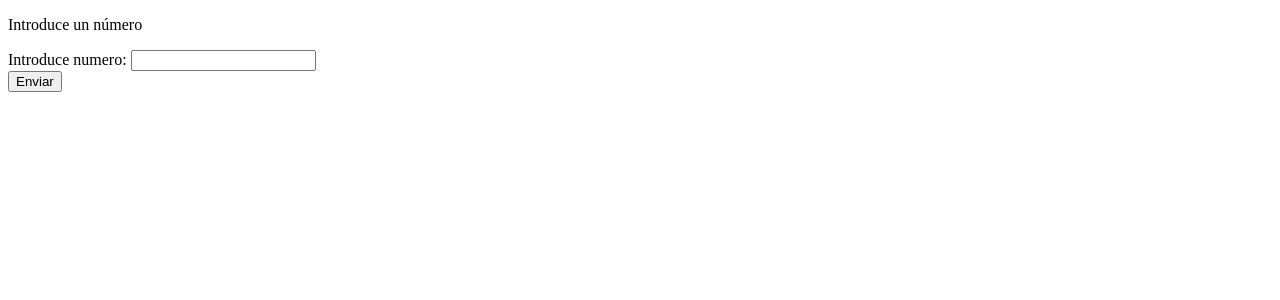
Repository: scgil/master-java
Page: Semana2/02_PrimerosEjemplos/src/main/webapp/formulario2.html
The author's editor kept a copy of each file at every save. The page is drawn from the files as they stood at one save, then again after the next save.
The browser window is 1280 px wide. The pictures show the whole page.

Above is the page before, as saved 2024-12-13 11:40:21.

### Semana2/02_PrimerosEjemplos/src/main/webapp/formulario2.html
<!DOCTYPE html>
<html>
<head>
<meta charset="UTF-8">
<title>Insert title here</title>
</head>
<body>
<p>Introduce un número</p>
    <form action="ServletFormulario2" method="post">
        Introduce numero: <input type="number" name="numero"><br>
		<button  type="submit" id="enviar">Enviar</button>
    </form>

</body>
</html>

After the next save:
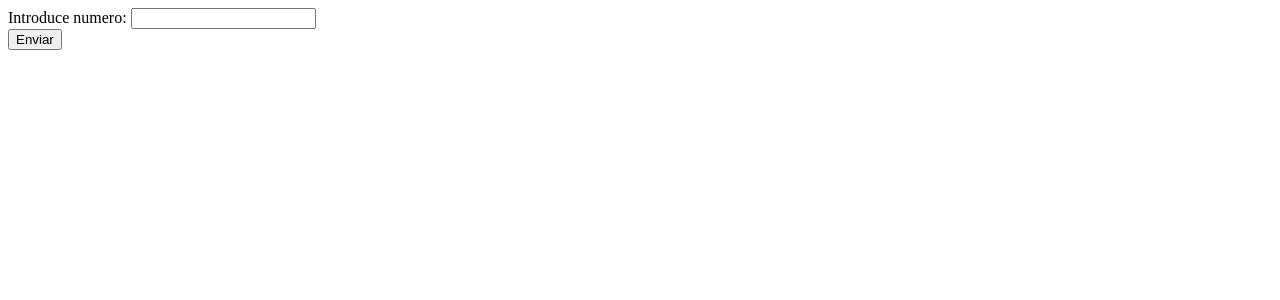
Saved 3 min 35 s later.
--- a/Semana2/02_PrimerosEjemplos/src/main/webapp/formulario2.html
+++ b/Semana2/02_PrimerosEjemplos/src/main/webapp/formulario2.html
@@ -5,7 +5,6 @@
 <title>Insert title here</title>
 </head>
 <body>
-<p>Introduce un número</p>
     <form action="ServletFormulario2" method="post">
         Introduce numero: <input type="number" name="numero"><br>
 		<button  type="submit" id="enviar">Enviar</button>
